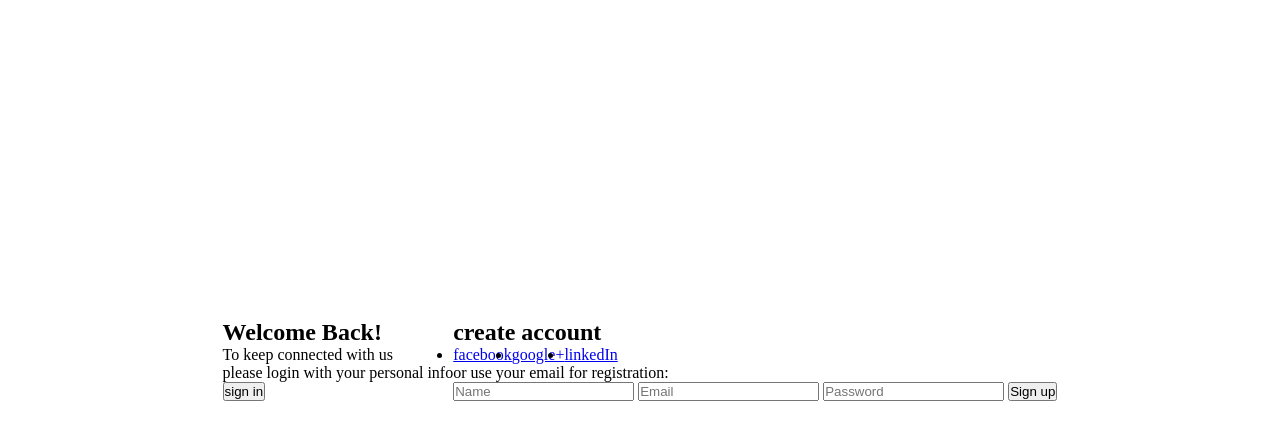
Repository: Gcodeco/ii9Telecom
Page: dist/public/login.html
The author's editor kept a copy of each file at every save. The page is drawn from the files as they stood at one save, then again after the next save.
The browser window is 1280 px wide. The pictures show the whole page.

Above is the page before, as saved 2024-10-29 22:05:58.

### dist/public/login.html
<!DOCTYPE html>
<html lang="en">
<head>
    <meta charset="UTF-8">
    <meta name="viewport" content="width=device-width, initial-scale=1.0">
    <title>Document</title>
    <link rel="stylesheet" href="css/style.css">
</head>
<body>
    <div class="container-login">
        <div class="content first-content">
            <div class="first column">
                <h2 class="title">Welcome Back!</h2>
                <p class="description">To keep connected with us</p>
                <p class="description">please login with your personal info</p>
                <button class="btn">sign in</button>
            </div>
            <div class="second column">
                <h2 class="title">create account</h2>
                <div class="social-media">
                    <ul class="list-social-media">
                        <li class="li"><a href="#">facebook</a></li>
                        <li class="li"><a href="#">google+</a></li>
                        <li class="li"><a href="#">linkedIn</a></li>
                    </ul>
                </div>
                <p class="description">or use your email for registration:</p>
                <form class="form">
                    <input type="text" placeholder="Name">
                    <input type="text" placeholder="Email">
                    <input type="text" placeholder="Password">
                    <button class="btn">Sign up</button>
                </form>
            </div>
        </div>
        <div class="content second-content">
            <div class="content first content">
                <div class="first column">
                    <h2 class="title">Hello, Friend!</h2>
                    <p class="description">Enter your personal details</p>
                    <p class="description">and start your journey with us</p>
                    <button class="btn">sign up</button>
                </div>
                <div class="second column">
                    <h2 class="title">sign in to developer</h2>
                    <div class="social-media">
                        <ul>
                            <li class="li"><a href="#">facebook</a></li>
                            <li class="li"><a href="#">google+</a></li>
                            <li class="li"><a href="#">linkedIn</a></li>
                        </ul>
                    </div>
                    <p class="description">or use your email account:</p>
                    <form class="form">
                        <input type="text" placeholder="Email">
                        <input type="text" placeholder="Password">
                        <a href="#">forgot your password?</a>
                        <button class="btn">Sign in</button>
                    </form>
                </div>
            </div>
        </div>
    </div>
</body>
</html>

### dist/public/css/style.css
* {
    margin: 0;
    padding: 0;
    box-sizing: border-box;
}

.container-login{
    display: flex;
    border: 2px;
    justify-content: center;
    align-items: center;
    height: 100vh;
}

.first-content{
    display: flex;
}

.list-social-media{
    display: flex;
}



.second-content{
    position: absolute;
    display: none;
}

After the next save:
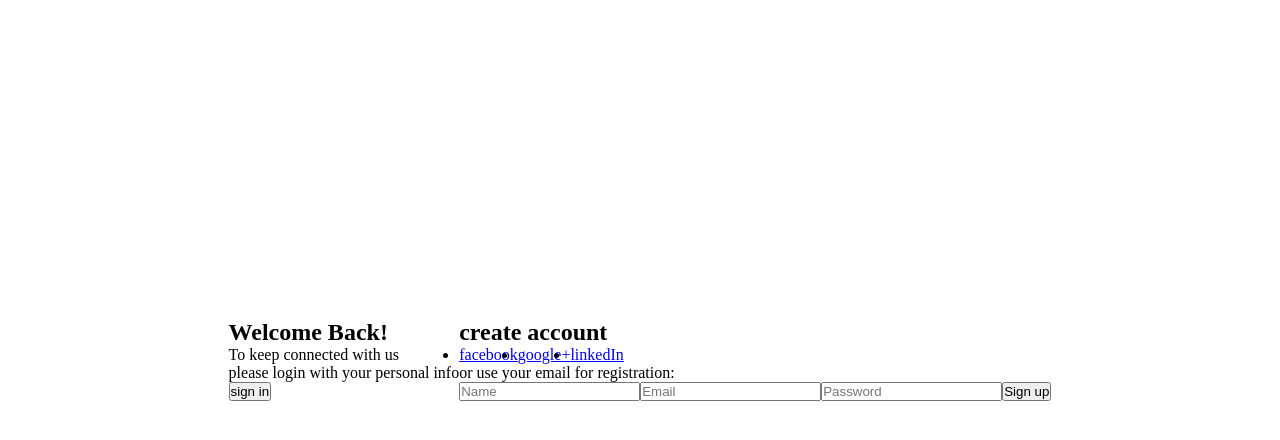
Saved 12 s later.
--- a/dist/public/css/style.css
+++ b/dist/public/css/style.css
@@ -20,6 +20,10 @@
     display: flex;
 }
 
+.form{
+    display: flex;
+}
+
 
 
 .second-content{
